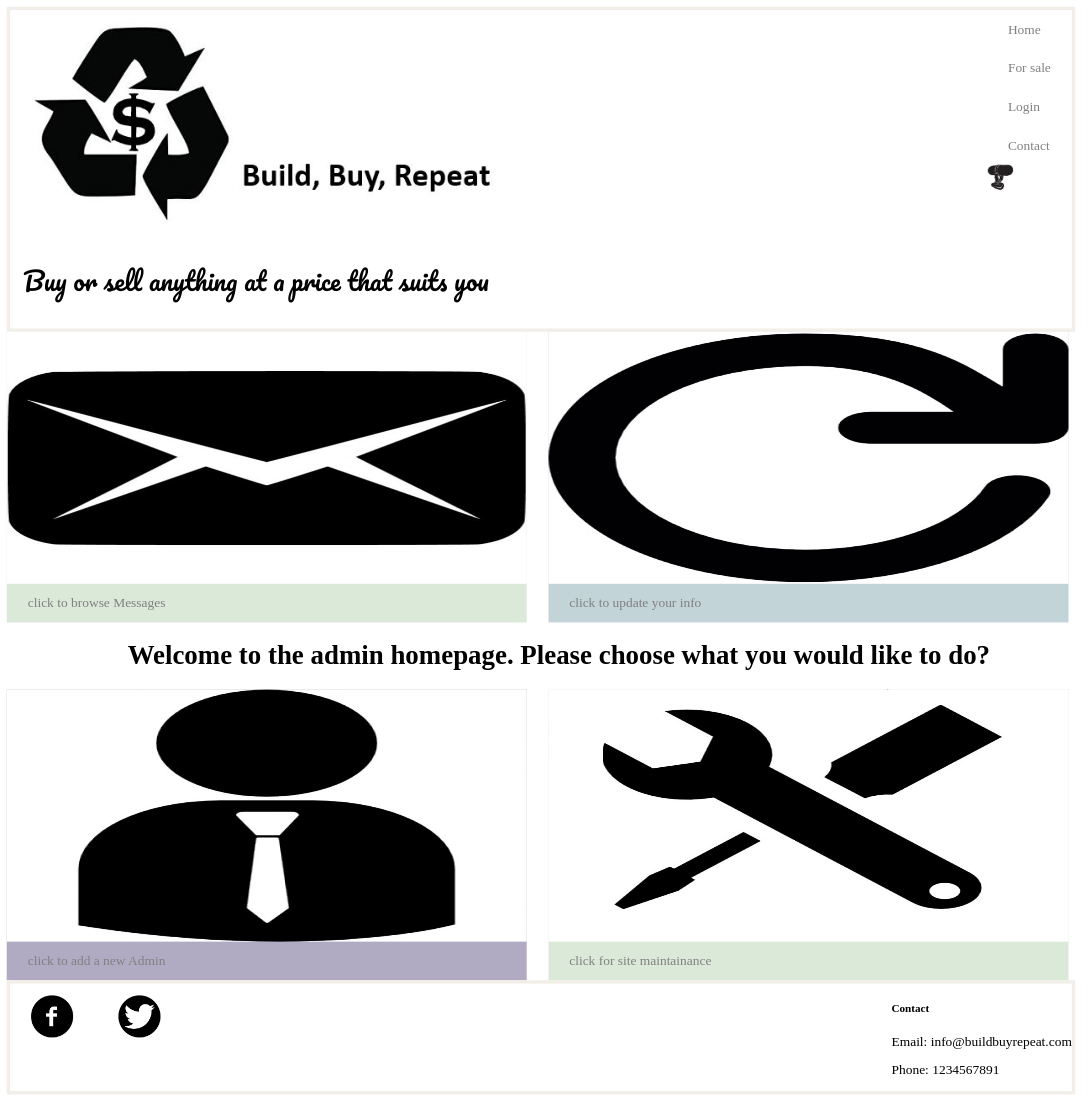
Repository: L00107244/Dynamic_websites_and_services
Page: http://localhost/web-SQL/webpages/adminPage.jsp
The author's editor kept a copy of each file at every save. The page is drawn from the files as they stood at one save, then again after the next save.
The browser window is 1280 px wide. The page is 1297 px wide, so the pictures cover 1297 px, including what lies to the right of the window. The pictures show the whole page, at 84% of full size.
Some web fonts or font styles are not loaded; a fallback is used. The page is served by Tomcat 9.

Above is the page before, as saved 2017-08-01 12:57:32.

After the next save:
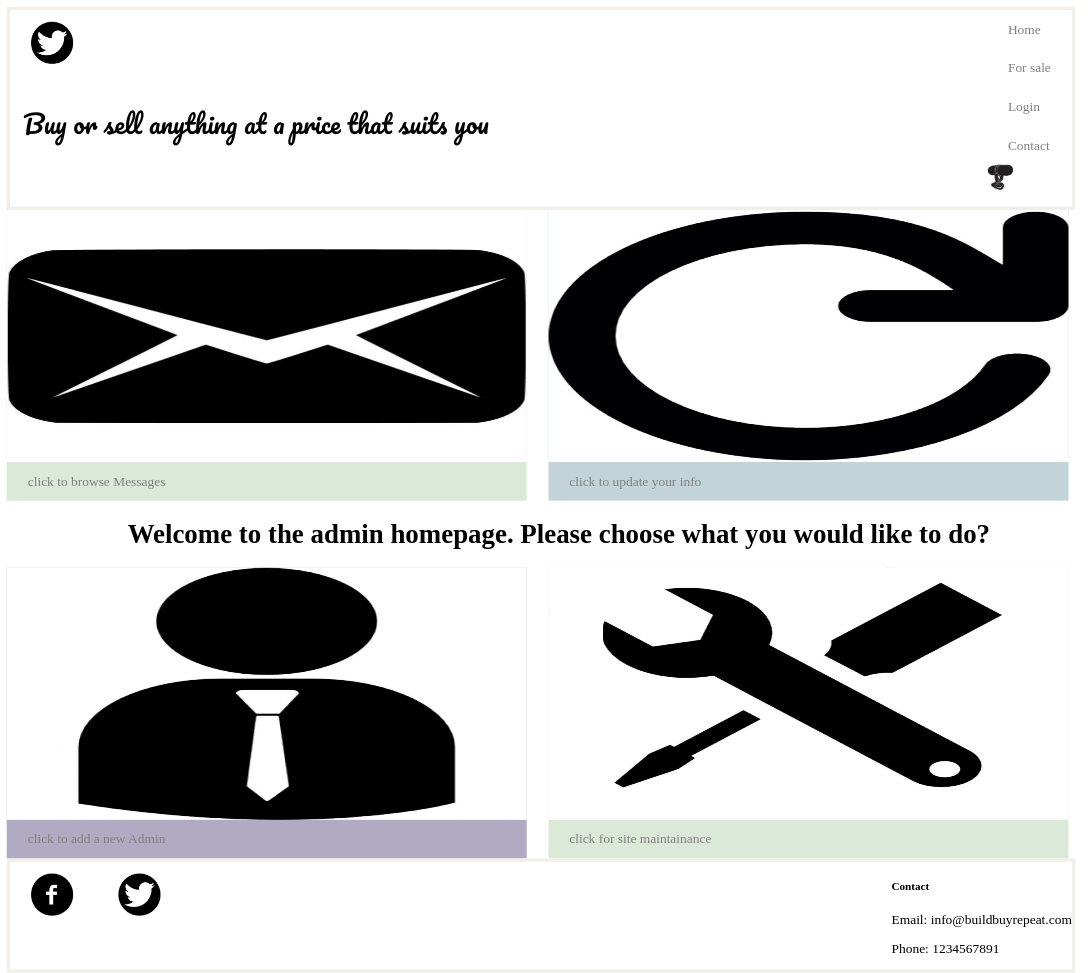
Saved 84 s later.
--- a/web-SQL/WebContent/webpages/adminPage.jsp
+++ b/web-SQL/WebContent/webpages/adminPage.jsp
@@ -13,7 +13,7 @@
 <div id = header>
 
 <div id= logo>
-<a href="http://localhost:8080/web-noSQL/webpages/index.jsp"><img src="Sample_photos/logo/main_logo.jpg"></a>
+<a href="http://www.twitter.com"><img src=Sample_photos/icons/twitter.jpg width="50" height="50"></a>
 <div id = Quote>
 <link href="https://fonts.googleapis.com/css?family=Pacifico" rel="stylesheet">
 <p>Buy or sell anything at a price that suits you</p>
